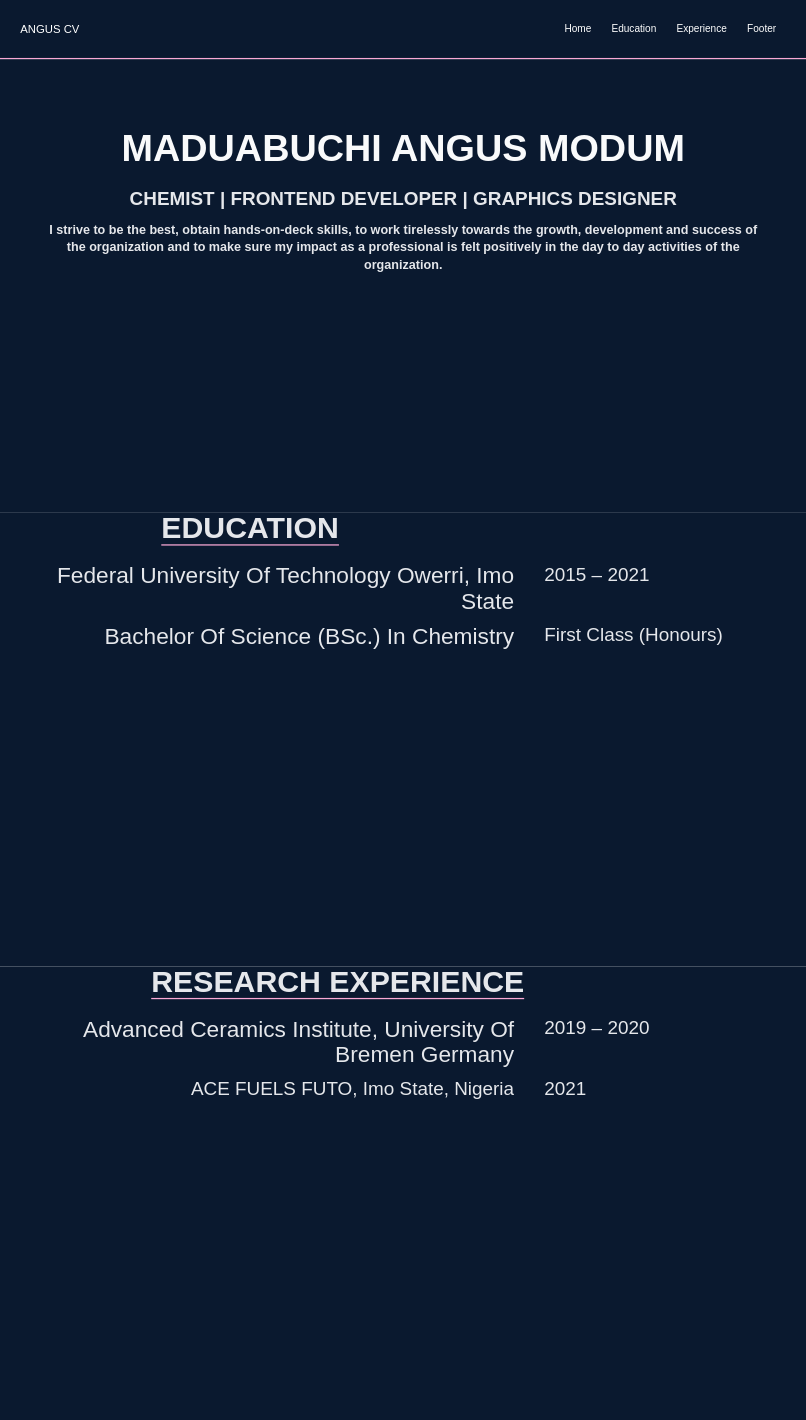
Repository: AngusOnyebuchi/AngusOnyebuchi.github.io
Page: /
The author's editor kept a copy of each file at every save. The page is drawn from the files as they stood at one save, then again after the next save.
The browser window is 1280 px wide. The pictures show the whole page, at 63% of full size.
The project was rebuilt for these pictures with package versions that can differ from the ones it lists, and the page was loaded fresh each time.

Above is the page before, as saved 2022-04-17 20:37:39.

After the next save:
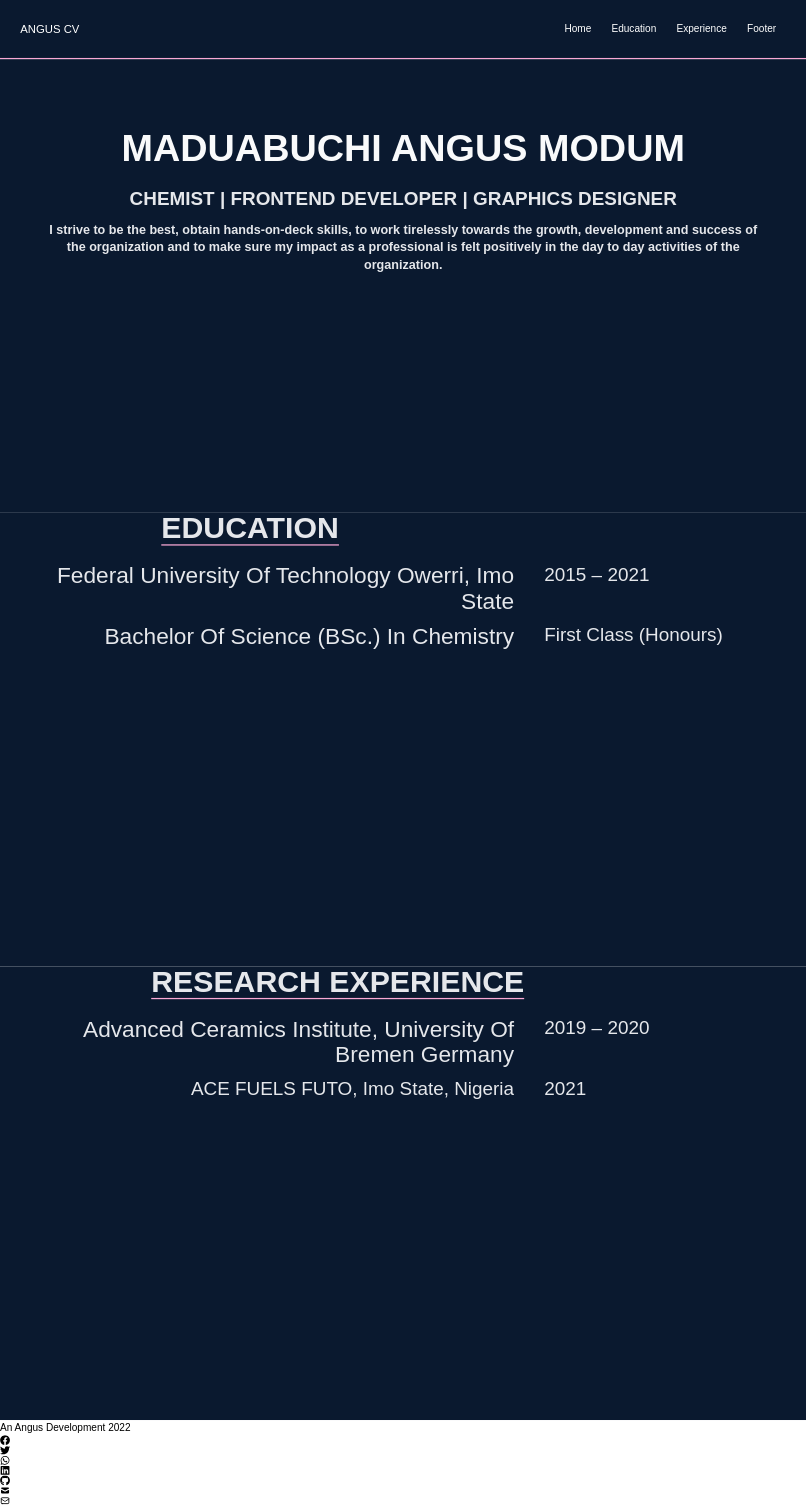
Saved 39 s later.
--- a/src/App.js
+++ b/src/App.js
@@ -3,6 +3,8 @@ import Home from "./components/Home"
 import Education from "./components/Education";
 import Experience from "./components/Experience";
 import NavBar from "./components/NavBar";
+import Contact from "./components/Contact";
+
 
 export default function App() {
   return (
@@ -11,6 +13,7 @@ export default function App() {
       <Home/>
       <Education/>
       <Experience/>
+      <Contact/>
     </div>
   )
 }
